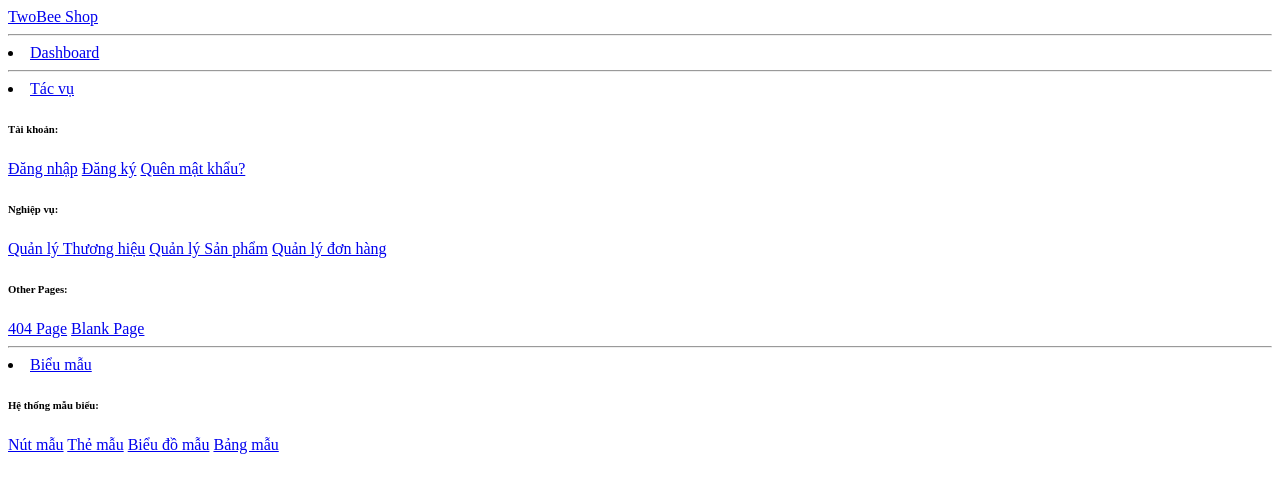
Repository: tuandh111/Java-6-asm
Page: Front-end/Java6_asm_/component/admin/sidebar.html
An editor plug-in stored every save of this project. The page is shown before and after the next save, followed by the edit.
The browser window is 1280 px wide. The pictures show the whole page.

Above is the page before, as saved 2024-03-30 20:44:25.

After the next save:
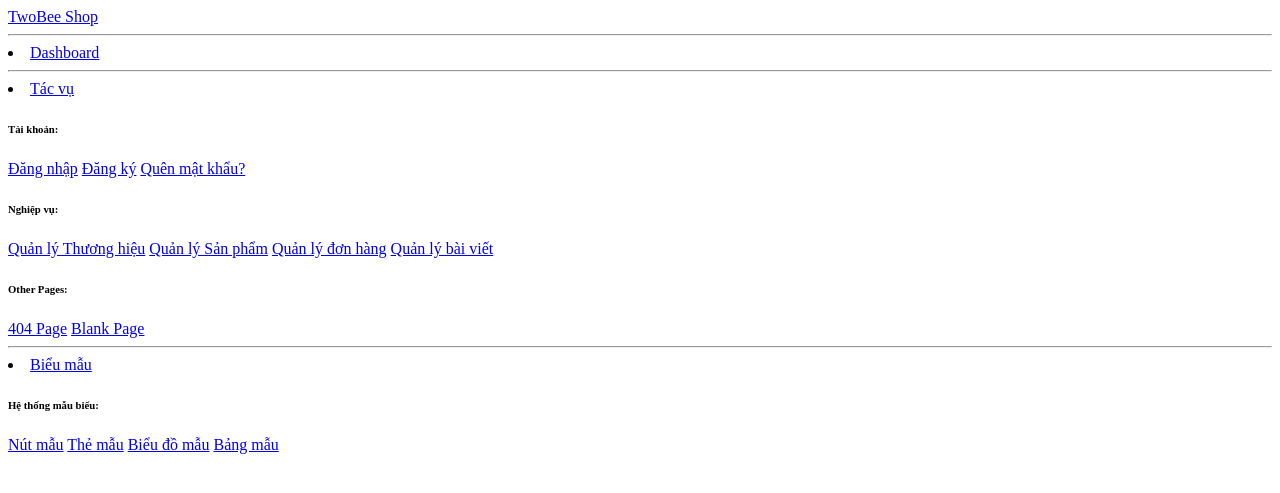
Saved 77 s later.
--- a/Front-end/Java6_asm_/component/admin/sidebar.html
+++ b/Front-end/Java6_asm_/component/admin/sidebar.html
@@ -39,6 +39,7 @@
             <a class="collapse-item" href="#!/admin/brands">Quản lý Thương hiệu</a>
             <a class="collapse-item" href="#!/admin/products">Quản lý Sản phẩm</a>
             <a class="collapse-item" href="#!/admin/orders">Quản lý đơn hàng</a>
+            <a class="collapse-item" href="#!/admin/posts">Quản lý bài viết</a>
             <div class="collapse-divider"></div>
             <h6 class="collapse-header">Other Pages:</h6>
             <a class="collapse-item" href="#!/admin/404">404 Page</a>
